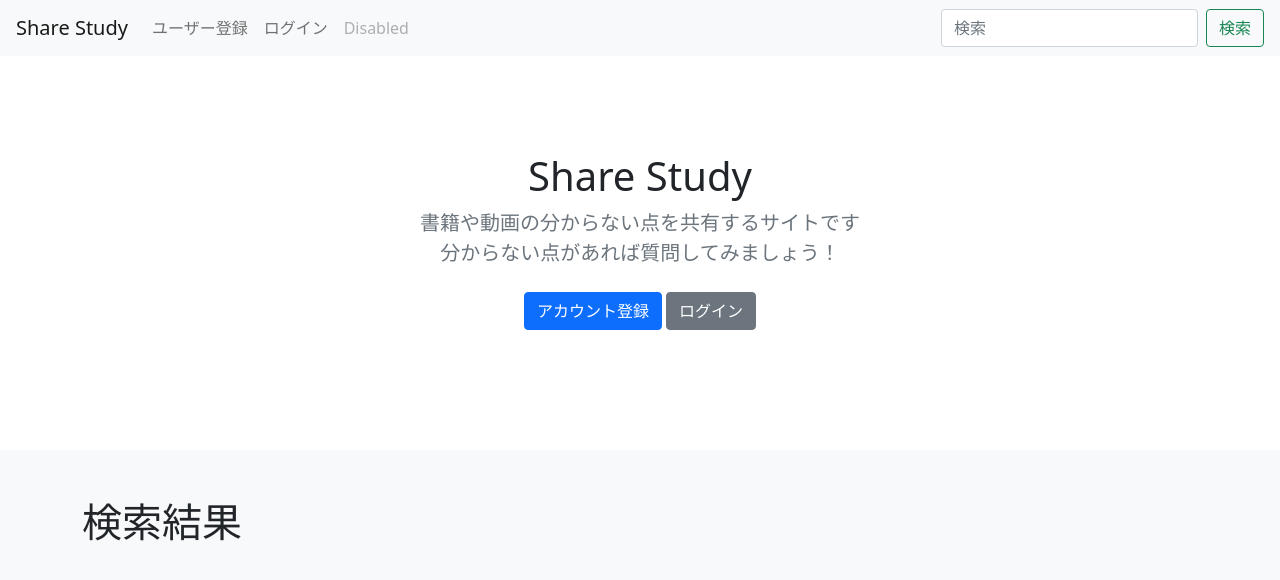
Repository: XXmoi10XX/StudyShareTest1
Page: http://localhost/search
These files come from the project's save history. The page is drawn as it stood at one moment and after the next save; the edit follows.
The browser window is 1280 px wide. The pictures show the whole page.
Some web libraries are served in a nearby version. The page is served by the project's Laravel application, run on PHP 8.4 with Laravel 8. Other server files are loaded and not shown. Queries for data that is not in the repository find no rows.

Above is the page before, as saved 2021-03-25 01:12:11.

### app/routes/web.php
<?php

/*
|--------------------------------------------------------------------------
| Web Routes
|--------------------------------------------------------------------------
|
| Here is where you can register web routes for your application. These
| routes are loaded by the RouteServiceProvider within a group which
| contains the "web" middleware group. Now create something great!
|
*/
Auth::routes();
Route::get('/', 'BookController@index')->name('books.index');
Route::get('book/{id}', 'BookController@show');
Route::get('book/{id}/create', 'ArticleController@create');
Route::get('search', 'BookController@search');

Route::resource('/articles', 'ArticleController');

### app/app/Http/Controllers/BookController.php
<?php

namespace App\Http\Controllers;


use App\Book;
use App\Article;
use Illuminate\Http\Request;

class BookController extends Controller
{
    public function index()
    {
        $data = Book::all();


        return view('books.index', ['books' => $data]);
    }

    public function show($id)
    {
        $data = Book::find($id);

        $articles = Article::all();
        return view('books.show', ['book' => $data], ['articles' => $articles]);
    }

    public function search(Request $req)
    {
        $data = Book::where('title', 'like', '%' . $req->input('query') . '%')->get();

        return view('search', ['books' => $data]);
    }
}

### app/app/Book.php
<?php

namespace App;

use Illuminate\Database\Eloquent\Model;

class Book extends Model
{
    protected $guarded = [
        'id'
    ];
}

### app/resources/views/search.blade.php
@extends('app')

@section('title', '本一覧')

@section('content')
@include('nav')




<style>
    .bd-placeholder-img {
        font-size: 1.125rem;
        text-anchor: middle;
        -webkit-user-select: none;
        -moz-user-select: none;
        user-select: none;
    }

    @media (min-width: 768px) {
        .bd-placeholder-img-lg {
            font-size: 3.5rem;
        }
    }
</style>


</head>

<body>



    <main>

        <section class="py-5 text-center container">
            <div class="row py-lg-5">
                <div class="col-lg-6 col-md-8 mx-auto">
                    <h1 class="fw-light">Share Study</h1>
                    <p class="lead text-muted">書籍や動画の分からない点を共有するサイトです<br>分からない点があれば質問してみましょう！</p>
                    <p>
                        <a href="#" class="btn btn-primary my-2">アカウント登録</a>
                        <a href="#" class="btn btn-secondary my-2">ログイン</a>
                    </p>
                </div>
            </div>
        </section>

        <div class="album py-5 bg-light">
            <div class="container">
                <h1>検索結果</h1>

                <div class="row row-cols-2 row-cols-sm-2 row-cols-md-3 g-2">
                    @foreach($books as $book)
                    <a href="book/{{$book['id']}}">
                        <div class="col">
                            <div class="card shadow-sm">
                                <!-- <title>Placeholder</title> -->
                                <img src="/image/{{$book['imgpath']}}" alt="" width="100%" height="340">




                                <div class="card-body">
                                    <p class="card-text">{{$book['title']}}</p>
                                    <p class="card-text">{{$book['auth']}}</p>
                                    <!-- <div class="d-flex justify-content-between align-items-center">
                                    <div class="btn-group">
                                        <button type="button" class="btn btn-sm btn-outline-secondary">View</button>
                                        <button type="button" class="btn btn-sm btn-outline-secondary">Edit</button>
                                    </div>
                                    <small class="text-muted">9 mins</small>
                                </div> -->
                                </div>
                            </div>
                        </div>
                    </a>
                    @endforeach
                </div>
            </div>
        </div>

    </main>


</body>

### app/resources/views/nav.blade.php
<nav class="navbar navbar-expand-lg navbar-light bg-light">
    <a class="navbar-brand" href="#">Share Study</a>
    <button class="navbar-toggler" type="button" data-toggle="collapse" data-target="#navbarSupportedContent" aria-controls="navbarSupportedContent" aria-expanded="false" aria-label="Toggle navigation">
        <span class="navbar-toggler-icon"></span>
    </button>

    <div class="collapse navbar-collapse" id="navbarSupportedContent">
        <ul class="navbar-nav mr-auto">
            @guest
            <li class="nav-item">
                <a class="nav-link" href=" {{ route('register')}} ">ユーザー登録</a>
            </li>
            @endguest

            @guest
            <li class="nav-item">
                <a class="nav-link" href=" {{ route('login')}} ">ログイン</a>
            </li>
            @endguest

            @auth
            <li class="nav-item dropdown">
                <a class="nav-link dropdown-toggle" href="#" id="navbarDropdown" role="button" data-toggle="dropdown" aria-haspopup="true" aria-expanded="false">
                    Dropdown
                </a>
                <div class="dropdown-menu" aria-labelledby="navbarDropdown">

                    <button class="dropdown-item" type="button">マイページ</button>
                    <button form="logout-button" class="dropdown-item" type="submit">ログアウト</button>
                    <div class="dropdown-divider"></div>
                    <a class="dropdown-item" href="#">Something else here</a>
                </div>
            </li>
            <form id="logout-button" method="POST" action="{{ route('logout')}}">
                @csrf
            </form>


            @endauth

            <li class="nav-item">
                <a class="nav-link disabled" href="#">Disabled</a>
            </li>
        </ul>
        <form action="/search" class="form-inline my-2 my-lg-0">
            <input class="form-control mr-sm-2" name="query" type="search" placeholder="検索" aria-label="Search">
            <button class="btn btn-outline-success my-2 my-sm-0" type="submit">検索</button>
        </form>
    </div>
</nav>

### app/resources/views/app.blade.php
<!DOCTYPE html>
<html lang="ja">

<head>
    <meta charset="utf-8">
    <meta name="viewport" content="width=device-width, initial-scale=1, shrink-to-fit=no">
    <meta http-equiv="x-ua-compatible" content="ie=edge">
    <meta charset="utf-8">

    <title>
        @yield('title')
    </title>
    <!-- Font Awesome -->
    <link rel="stylesheet" href="https://use.fontawesome.com/releases/v5.8.2/css/all.css">
    <!-- Bootstrap core CSS -->
    <link href="https://cdnjs.cloudflare.com/ajax/libs/twitter-bootstrap/4.3.1/css/bootstrap.min.css" rel="stylesheet">
    <!-- Bootstrap core CSS -->
    <link href="{{asset('assets/css/bootstrap.min.css')}}" rel="stylesheet">
    <!-- Material Design Bootstrap -->
    <!-- <link href="https://cdnjs.cloudflare.com/ajax/libs/mdbootstrap/4.8.11/css/mdb.min.css" rel="stylesheet"> -->
</head>

<body>

    @yield('content')

    <!-- JQuery -->
    <script type="text/javascript" src="https://cdnjs.cloudflare.com/ajax/libs/jquery/3.4.1/jquery.min.js"></script>
    <!-- Bootstrap tooltips -->
    <script type="text/javascript" src="https://cdnjs.cloudflare.com/ajax/libs/popper.js/1.14.4/umd/popper.min.js"></script>
    <!-- Bootstrap core JavaScript -->
    <script type="text/javascript" src="https://cdnjs.cloudflare.com/ajax/libs/twitter-bootstrap/4.3.1/js/bootstrap.min.js"></script>
    <!-- MDB core JavaScript -->
    <script type="text/javascript" src="https://cdnjs.cloudflare.com/ajax/libs/mdbootstrap/4.8.11/js/mdb.min.js"></script>

    <script src="{{asset('assets/js/bootstrap.bundle.min.js')}}"></script>
</body>

</html>

Loaded but not shown: app/app/Http/Controllers/Auth/LoginController.php (common file); app/app/Http/Controllers/Controller.php (common file); app/public/assets/css/bootstrap.min.css (library); app/public/assets/js/bootstrap.bundle.min.js (library)

After the next save:
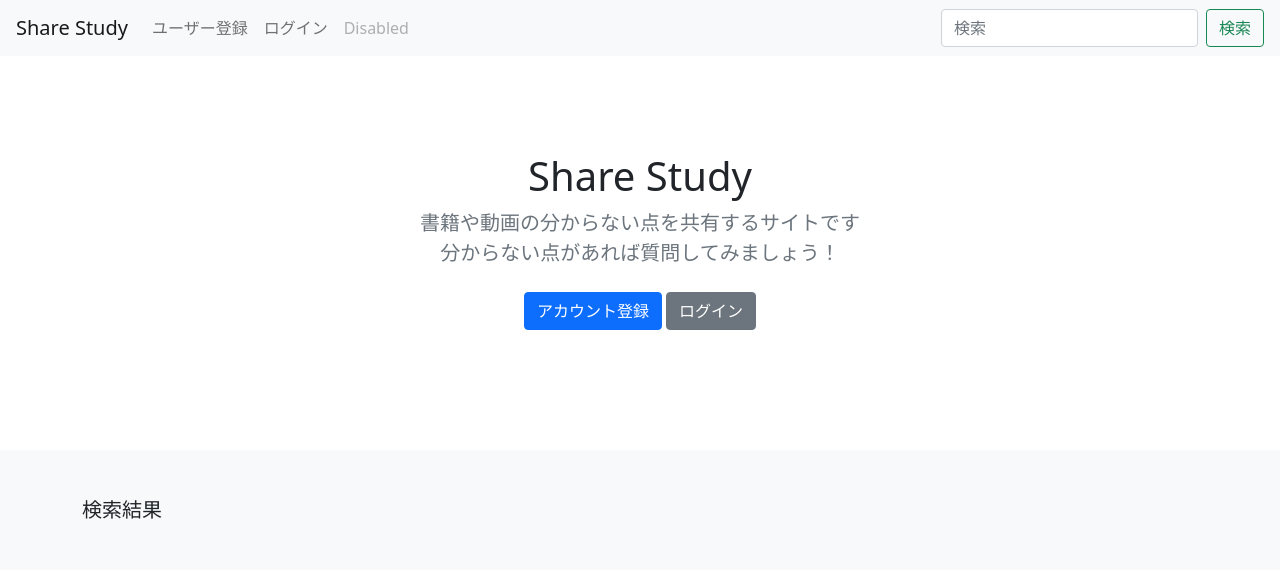
Saved 10 s later.
--- a/app/resources/views/search.blade.php
+++ b/app/resources/views/search.blade.php
@@ -48,7 +48,7 @@
 
         <div class="album py-5 bg-light">
             <div class="container">
-                <h1>検索結果</h1>
+                <h5>検索結果</h5>
 
                 <div class="row row-cols-2 row-cols-sm-2 row-cols-md-3 g-2">
                     @foreach($books as $book)
